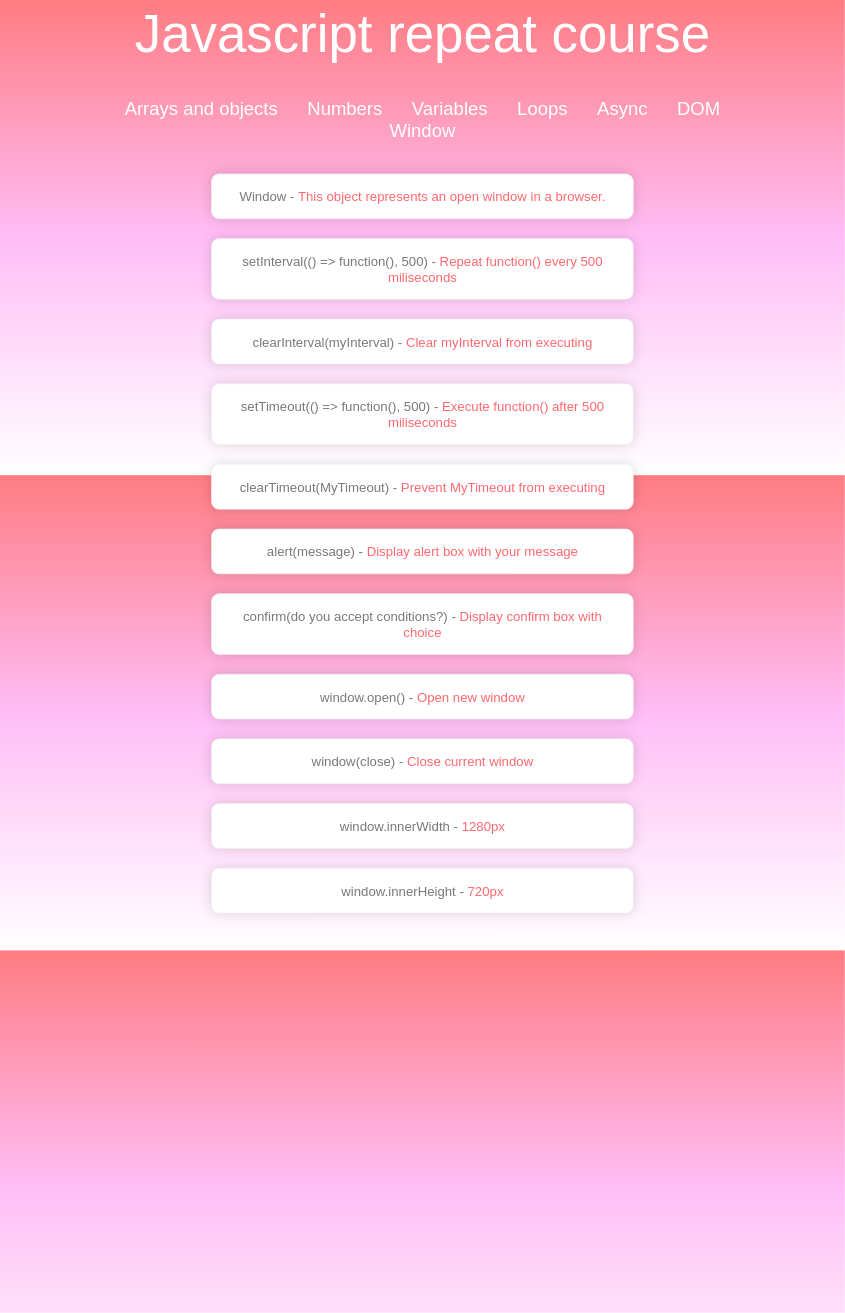
Repository: michalgornicki/javascript
Page: /#/Window
The author's editor kept a copy of each file at every save. The page is drawn from the files as they stood at one save, then again after a run of saves.
The browser window is 1280 px wide. The pictures show the whole page, at 66% of full size.
Backgrounds fixed to the window are drawn as part of the page. The project was rebuilt for these pictures with package versions that can differ from the ones it lists, and the page was loaded fresh each time. Also part of the build but not shown: src/index.css, src/components/arrays.jsx, src/components/variables.jsx, src/components/numbers.jsx, src/components/loops.jsx, src/components/async.jsx, src/components/DOM manipulation.jsx.

Above is the page before, as saved 2022-02-01 08:22:16.

After the next 2 saves:
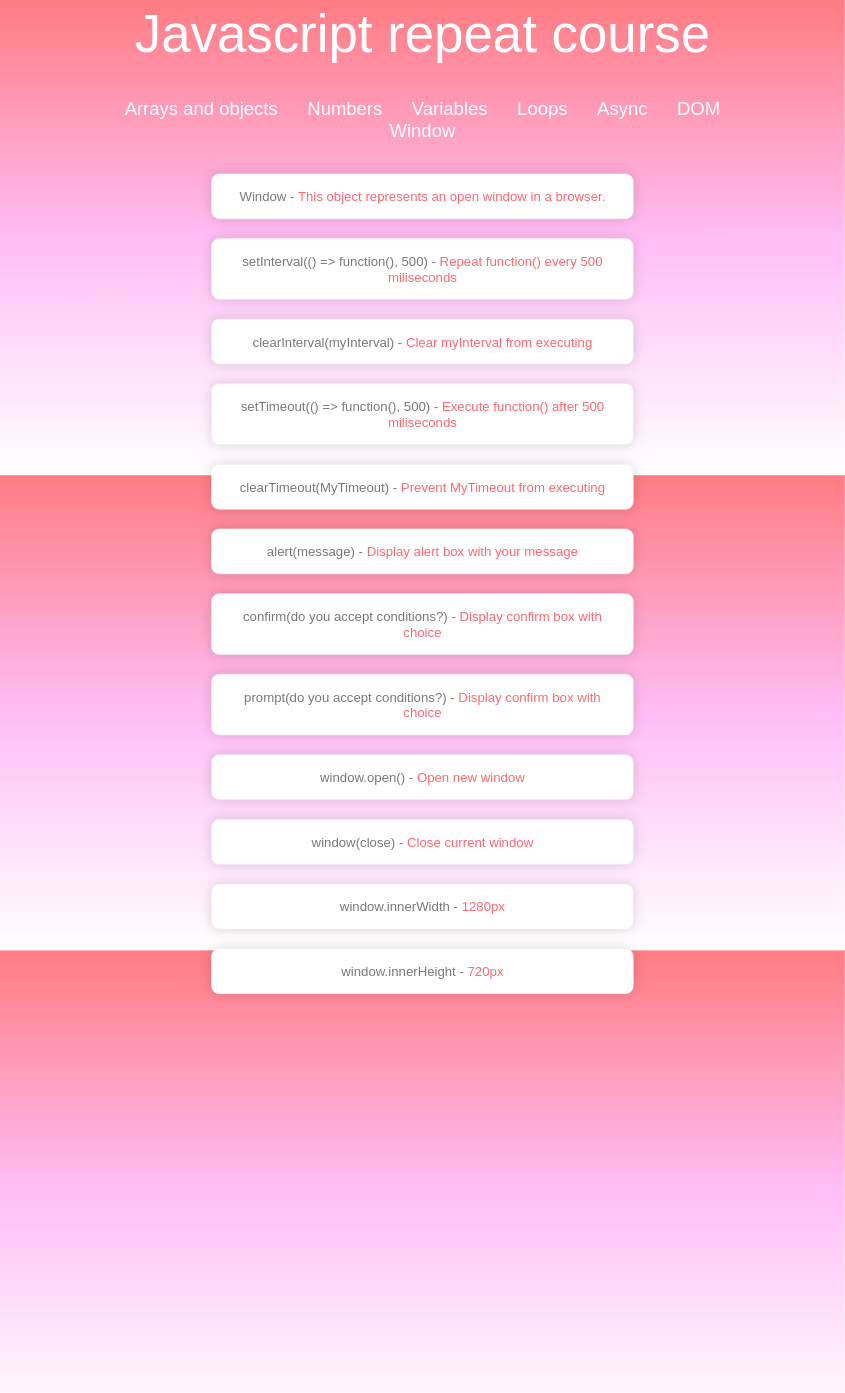
The 2 saves are shown as one change because they came seconds apart.
The last was saved 41 s later.
--- a/src/components/window.jsx
+++ b/src/components/window.jsx
@@ -39,6 +39,11 @@ const Window = () => {
       </div>
       <div className="js-item h5">
         {" "}
+        <span className="">{"prompt(do you accept conditions?)"} -</span>
+        <span className="text-pink"> Display confirm box with choice </span> <br />
+      </div>
+      <div className="js-item h5">
+        {" "}
         <span className="">{"window.open()"} -</span>
         <span className="text-pink"> Open new window </span> <br />
       </div>
